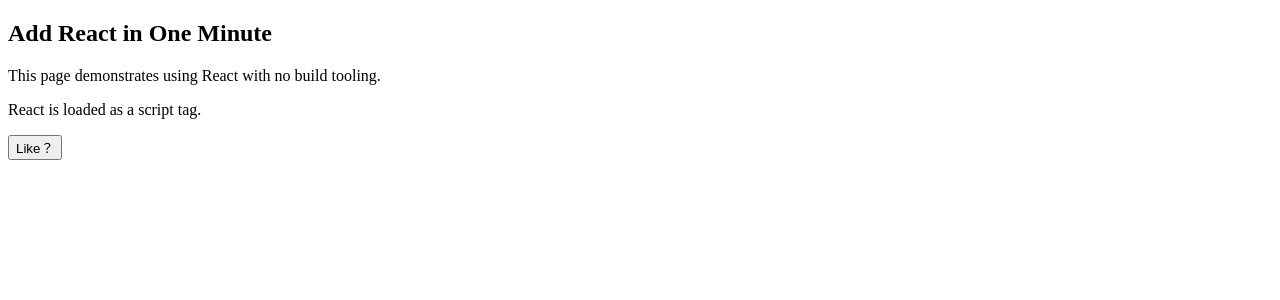
Repository: gavin2010/Frontend_react-demo
Page: index.html
The author's editor kept a copy of each file at every save. The page is drawn from the files as they stood at one save, then again after the next save.
The browser window is 1280 px wide. The pictures show the whole page.

Above is the page before, as saved 2023-03-30 02:39:15.

### index.html
<!DOCTYPE html>
<html>
  <head>
    <meta charset="UTF-8" />
    <title>Add React in One Minute</title>
  </head>
  <body>

    <h2>Add React in One Minute</h2>
    <p>This page demonstrates using React with no build tooling.</p>
    <p>React is loaded as a script tag.</p>

    <!-- We will put our React component inside this div. -->
    <div id="like_button_container"></div>

    <!-- Load React. -->
    <!-- Note: when deploying, replace "development.js" with "production.min.js". -->

    <!-- <script src="https://unpkg.com/react@16/umd/react.development.js" crossorigin></script>
    <script src="https://unpkg.com/react-dom@16/umd/react-dom.development.js" crossorigin></script> -->

    <script src="./js/react.development.js" ></script>
    <script src="./js/react-dom.development.js" ></script>

    <!-- Load our React component. -->
    <script src="./js/like_button.js"></script>

  </body>
</html>

### js/like_button.js
'use strict';

const e = React.createElement;

class LikeButton extends React.Component {
  constructor(props) {
    super(props);
    this.state = { liked: false };
  }

  render() {
    if (this.state.liked) {
      return 'You liked this.';
    }

    return e(
      'button',
      { onClick: () => this.setState({ liked: true }) },
      'Like？'
    );
  }
}

const domContainer = document.querySelector('#like_button_container');
ReactDOM.render(e(LikeButton), domContainer);

Loaded but not shown: js/react-dom.development.js (library); js/react.development.js (3318 lines, source omitted)

After the next save:
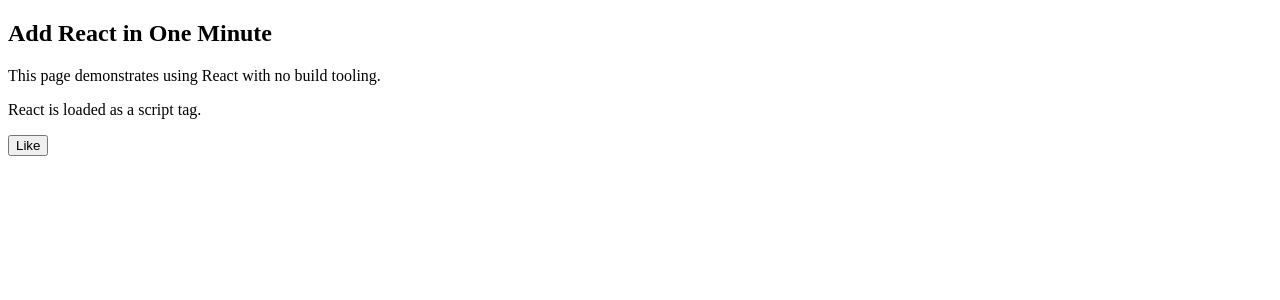
Saved 6 s later.
--- a/js/like_button.js
+++ b/js/like_button.js
@@ -16,7 +16,7 @@
     return e(
       'button',
       { onClick: () => this.setState({ liked: true }) },
-      'Like？'
+      'Like'
     );
   }
 }
